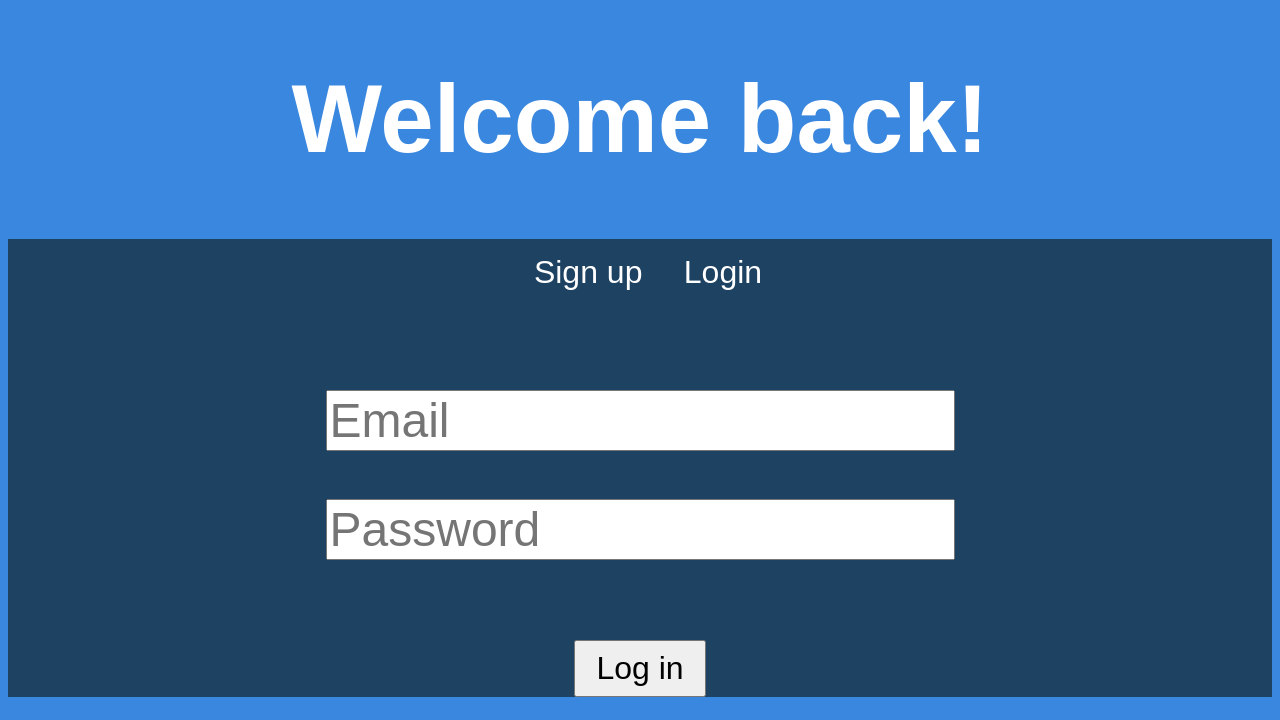
Repository: NicolasssCarlos/basic-flask-login
Page: http://localhost/
An editor plug-in stored every save of this project. The page is shown before and after the next save, followed by the edit.
The browser window is 1280 px wide. The pictures show the whole page.
The page is served by the project's application, run on Flask 3 (app.py).

Above is the page before, as saved 2025-06-11 20:39:57.

After the next save:
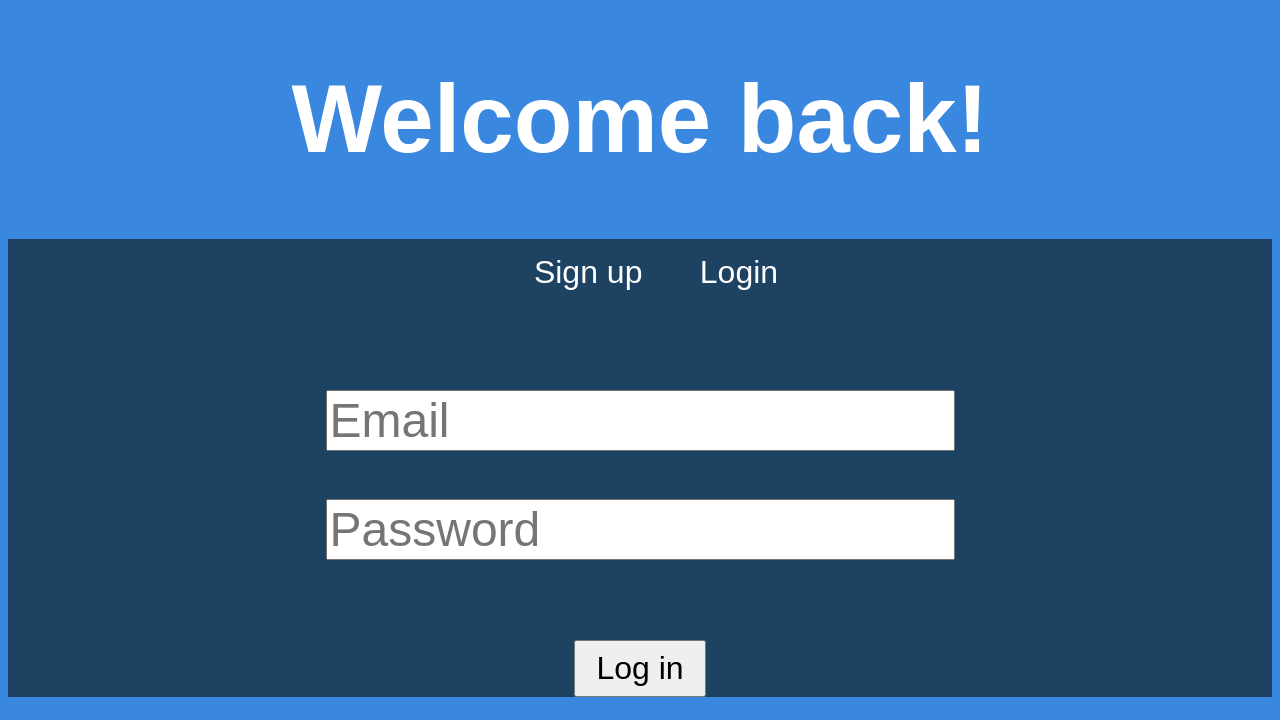
Saved 7 s later.
--- a/static/main.css
+++ b/static/main.css
@@ -158,5 +158,5 @@
     color: #fff;
 
 
-    margin-left: 1rem;
+    margin-left: 2rem;
 }
